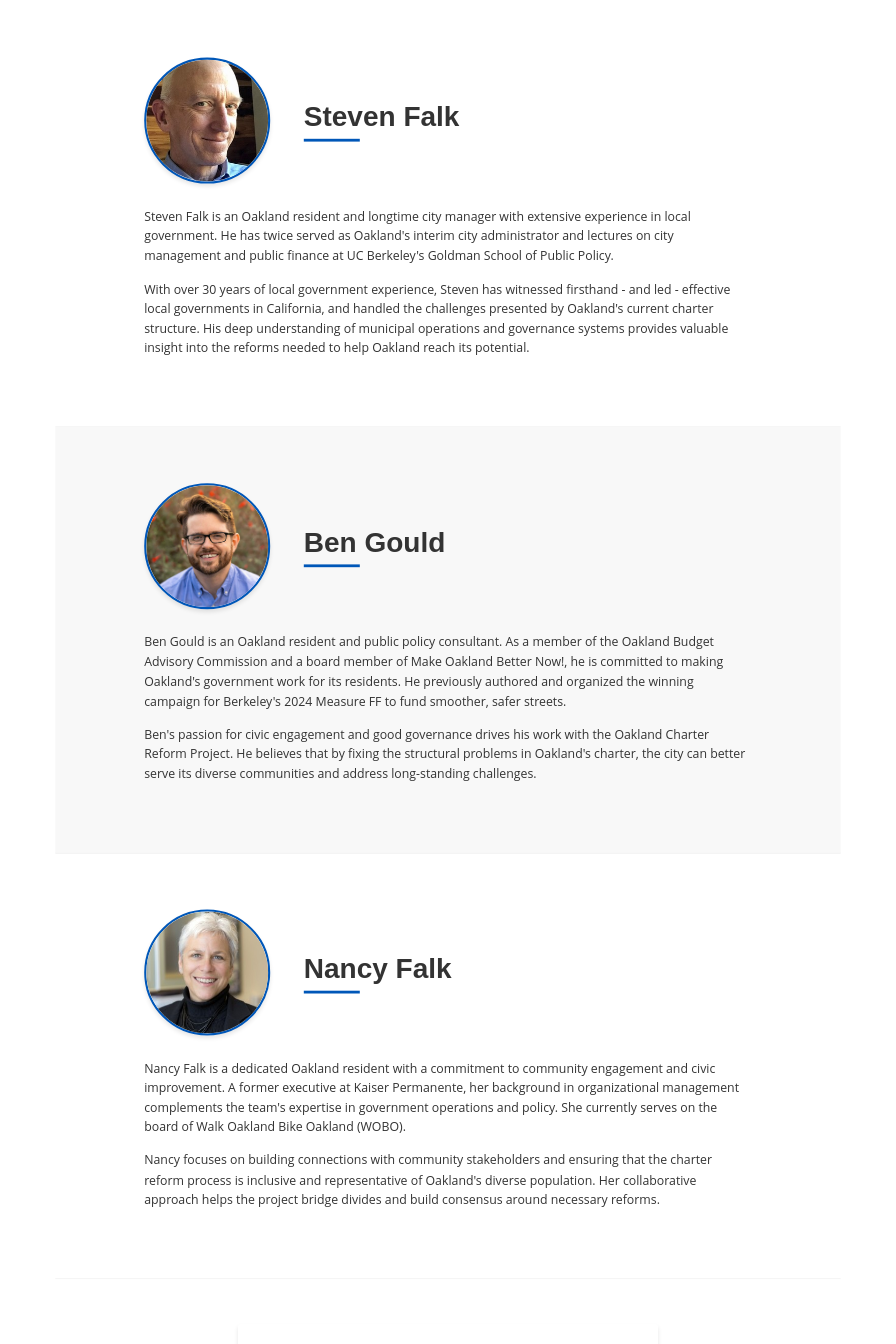
Repository: bgould132/oaklandcharterreform
Page: about.html
These files come from the project's save history. The page is drawn as it stood at one moment and after the next save; the edit follows.
The browser window is 1280 px wide. The pictures show the part of the page from y = 416 to 2336 px (the page is 3204 px tall), at 70% of full size.

Above is the page before, as saved 2025-04-07 10:38:23.

### about.html
<!DOCTYPE html>
<html lang="en">
<head>
    <meta charset="UTF-8">
    <meta name="viewport" content="width=device-width, initial-scale=1.0">
    <meta name="description" content="About the Oakland Charter Reform Project team - Steven Falk, Ben Gould, and Nancy Falk">
    <title>About Us - Oakland Charter Reform Project</title>
    <link rel="stylesheet" href="css/styles.css">
    <!-- Font Awesome for icons -->
    <link rel="stylesheet" href="https://cdnjs.cloudflare.com/ajax/libs/font-awesome/6.4.2/css/all.min.css">
</head>
<body>
    <header>
        <div class="container">
            <nav aria-label="Main navigation">
                <div class="logo">
                    <a href="index.html" aria-label="Oakland Charter Reform Project Home">
                        <img src="images/logo/OCRP logo design.jpg" alt="Oakland Charter Reform Project Logo">
                    </a>
                </div>
                <button class="mobile-menu-button" aria-label="Toggle menu" aria-expanded="false" aria-controls="main-menu">
                    <span class="hamburger-icon"></span>
                </button>
                <ul id="main-menu" class="nav-menu">
                    <li><a href="index.html#why-charter-reform">Why Charter Reform</a></li>
                    <li><a href="index.html#principles">Principles</a></li>
                    <li><a href="index.html#proposed-amendments">Proposed Amendments</a></li>
                    <li><a href="index.html#our-approach">Our Approach</a></li>
                    <li><a href="about.html" class="active">About Us</a></li>
                    <li><a href="index.html#contact">Contact</a></li>
                </ul>
            </nav>
        </div>
    </header>

    <main>
        <!-- Page Header -->
        <section class="page-header about-header" aria-labelledby="page-heading">
            <div class="container">
                <h1 id="page-heading">About Us</h1>
                <p class="subtitle">Meet the team behind the Oakland Charter Reform Project</p>
            </div>
        </section>

        <!-- Team Section -->
        <section class="section" aria-labelledby="team-heading">
            <div class="container">
                <h2 id="team-heading" class="visually-hidden">Our Team</h2>

                <div class="team-member">
                    <div class="team-member-info">
                        <div class="member-header">
                            <div class="member-photo">
                                <img src="images/team/steven_falk.jpg" alt="Photo of Steven Falk">
                            </div>
                            <div class="member-title">
                                <h2>Steven Falk</h2>
                                <div class="title-underline"></div>
                            </div>
                        </div>
                        <div class="member-bio">
                            <p>Steven Falk is an Oakland resident and longtime city manager with extensive experience in local government. He has twice served as Oakland's interim city administrator and lectures on city management and public finance at UC Berkeley's Goldman School of Public Policy.</p>

                            <p>With over 30 years of local government experience, Steven has witnessed firsthand - and led - effective local governments in California, and handled the challenges presented by Oakland's current charter structure. His deep understanding of municipal operations and governance systems provides valuable insight into the reforms needed to help Oakland reach its potential.</p>
                        </div>
                    </div>
                </div>

                <div class="team-member alt-bg">
                    <div class="team-member-info">
                        <div class="member-header">
                            <div class="member-photo">
                                <img src="images/team/Ben Gould square.jpeg" alt="Photo of Ben Gould">
                            </div>
                            <div class="member-title">
                                <h2>Ben Gould</h2>
                                <div class="title-underline"></div>
                            </div>
                        </div>
                        <div class="member-bio">
                            <p>Ben Gould is an Oakland resident and public policy consultant. As a member of the Oakland Budget Advisory Commission and a board member of Make Oakland Better Now!, he is committed to making Oakland's government work for its residents. He previously authored and organized the winning campaign for Berkeley's 2024 Measure FF to fund smoother, safer streets.</p>

                            <p>Ben's passion for civic engagement and good governance drives his work with the Oakland Charter Reform Project. He believes that by fixing the structural problems in Oakland's charter, the city can better serve its diverse communities and address long-standing challenges.</p>
                        </div>
                    </div>
                </div>

                <div class="team-member">
                    <div class="team-member-info">
                        <div class="member-header">
                            <div class="member-photo">
                                <img src="images/team/Nancy Falk.jpeg" alt="Photo of Nancy Falk">
                            </div>
                            <div class="member-title">
                                <h2>Nancy Falk</h2>
                                <div class="title-underline"></div>
                            </div>
                        </div>
                        <div class="member-bio">
                            <p>Nancy Falk is a dedicated Oakland resident with a commitment to community engagement and civic improvement. A former executive at Kaiser Permanente, her background in organizational management complements the team's expertise in government operations and policy. She currently serves on the board of Walk Oakland Bike Oakland (WOBO).</p>

                            <p>Nancy focuses on building connections with community stakeholders and ensuring that the charter reform process is inclusive and representative of Oakland's diverse population. Her collaborative approach helps the project bridge divides and build consensus around necessary reforms.</p>
                        </div>
                    </div>
                </div>

                <div class="team-cta">
                    <h3>Join Our Efforts</h3>
                    <p>We're working to build a better Oakland through structural reform. If you're interested in getting involved or learning more about our work, please reach out.</p>
                    <a href="index.html#contact" class="cta-button">Contact Us</a>
                </div>
            </div>
        </section>
    </main>

    <footer>
        <div class="container">
            <div class="footer-content">
                <div class="footer-logo">
                    <img src="images/logo/OCRP logo design.jpg" alt="Oakland Charter Reform Project Logo" width="120">
                </div>
                <div class="footer-text">
                    <p>&copy; 2025 Oakland Charter Reform Project. All rights reserved.</p>
                    <p>In the spirit of a better Oakland,</p>
                    <div class="signature">
                        <img src="images/logo/steve and ben and nancy signature.jpg" alt="Signatures of Steven Falk, Ben Gould, and Nancy Falk" class="signature-img">
                        <p>Steven Falk, Ben Gould, and Nancy Falk<br>
                        Oakland Charter Reform Project Organizers</p>
                    </div>
                </div>
            </div>
        </div>
    </footer>

    <script src="js/main.js"></script>
</body>
</html>

### css/styles.css
/* Base Styles */
:root {
    --primary-color: #0057b8; /* Blue from the logo */
    --secondary-color: #333333;
    --accent-color: #f8f8f8;
    --text-color: #333333;
    --light-text: #ffffff;
    --heading-font: 'Montserrat', sans-serif;
    --body-font: 'Open Sans', sans-serif;
    --container-width: 1200px;
    --border-radius: 4px;
    --box-shadow: 0 4px 6px rgba(0, 0, 0, 0.1);
    --transition: all 0.3s ease;
}

/* Typography */
@import url('https://fonts.googleapis.com/css2?family=Montserrat:wght@500;700&family=Open+Sans:wght@400;600&display=swap');

* {
    margin: 0;
    padding: 0;
    box-sizing: border-box;
}

body {
    font-family: var(--body-font);
    line-height: 1.6;
    color: var(--text-color);
    font-size: 16px;
}

h1, h2, h3, h4, h5, h6 {
    font-family: var(--heading-font);
    font-weight: 700;
    line-height: 1.2;
    margin-bottom: 0.5em;
}

h1 {
    font-size: 3rem;
}

h2 {
    font-size: 2.5rem;
    margin-bottom: 1rem;
}

h3 {
    font-size: 1.5rem;
}

p {
    margin-bottom: 1.2rem;
}

a {
    color: var(--primary-color);
    text-decoration: none;
    transition: var(--transition);
}

a:hover {
    color: #004085;
}

ul {
    list-style-type: none;
}

/* Container */
.container {
    width: 90%;
    max-width: var(--container-width);
    margin: 0 auto;
    padding: 0 15px;
}

/* Header & Navigation */
header {
    background-color: #fff;
    box-shadow: 0 2px 4px rgba(0, 0, 0, 0.1);
    position: fixed;
    width: 100%;
    top: 0;
    left: 0;
    z-index: 1000;
}

header .container {
    display: flex;
    justify-content: space-between;
    align-items: center;
}

nav {
    display: flex;
    justify-content: space-between;
    align-items: center;
    width: 100%;
    padding: 1rem 0;
}

.logo img {
    height: 60px;
    width: auto;
}

.nav-menu {
    display: flex;
    gap: 1.5rem;
}

.nav-menu a {
    color: var(--secondary-color);
    font-weight: 600;
    font-size: 1rem;
    padding: 0.5rem;
}

.nav-menu a:hover {
    color: var(--primary-color);
    border-bottom: 2px solid var(--primary-color);
}

.mobile-menu-button {
    display: none;
    background: none;
    border: none;
    cursor: pointer;
    padding: 0.5rem;
}

.hamburger-icon,
.hamburger-icon::before,
.hamburger-icon::after {
    display: block;
    background-color: var(--secondary-color);
    height: 3px;
    width: 25px;
    border-radius: 3px;
    position: relative;
}

.hamburger-icon::before,
.hamburger-icon::after {
    content: '';
    position: absolute;
}

.hamburger-icon::before {
    top: -8px;
}

.hamburger-icon::after {
    top: 8px;
}

/* Hero Section */
.hero {
    height: 100vh;
    position: relative;
    margin-top: 80px; /* To account for fixed header */
}

.hero-image {
    height: 100%;
    width: 100%;
    position: relative;
}

.hero-image img {
    width: 100%;
    height: 100%;
    object-fit: cover;
    filter: brightness(70%);
}

.hero-content {
    position: absolute;
    top: 50%;
    left: 50%;
    transform: translate(-50%, -50%);
    text-align: center;
    color: var(--light-text);
    width: 80%;
    max-width: 800px;
}

.hero-content h1 {
    font-size: 3.5rem;
    margin-bottom: 0.5rem;
    text-shadow: 2px 2px 4px rgba(0, 0, 0, 0.5);
}

.tagline {
    font-size: 1.5rem;
    margin-bottom: 2rem;
    text-shadow: 1px 1px 2px rgba(0, 0, 0, 0.5);
}

.cta-button {
    display: inline-block;
    background-color: var(--primary-color);
    color: var(--light-text);
    padding: 0.8rem 1.5rem;
    border-radius: var(--border-radius);
    font-weight: 600;
    text-transform: uppercase;
    letter-spacing: 1px;
    transition: var(--transition);
}

.cta-button:hover {
    background-color: #004085;
    color: var(--light-text);
    transform: translateY(-2px);
    box-shadow: var(--box-shadow);
}

/* Section Styling */
.section {
    padding: 5rem 0;
}

.alt-bg {
    background-color: var(--accent-color);
}

.section h2 {
    text-align: center;
    margin-bottom: 2.5rem;
    position: relative;
}

.section h2::after {
    content: '';
    display: block;
    width: 80px;
    height: 4px;
    background-color: var(--primary-color);
    margin: 1rem auto 0;
}

.section-content {
    display: flex;
    flex-wrap: wrap;
    gap: 2rem;
    justify-content: space-between;
    align-items: flex-start;
}

.text-content {
    flex: 1 1 60%;
}

.stat-boxes {
    flex: 1 1 30%;
    display: flex;
    flex-direction: column;
    gap: 1.5rem;
}

.stat-box {
    background-color: var(--primary-color);
    color: var(--light-text);
    padding: 2rem;
    border-radius: var(--border-radius);
    text-align: center;
    box-shadow: var(--box-shadow);
}

.stat-number {
    font-size: 3rem;
    font-weight: 700;
    display: block;
    margin-bottom: 0.5rem;
}

.highlight-quote {
    font-size: 1.5rem;
    font-style: italic;
    color: var(--primary-color);
    border-left: 4px solid var(--primary-color);
    padding-left: 1rem;
    margin-bottom: 1.5rem;
}

/* Principles Section */
.principles-grid {
    display: grid;
    grid-template-columns: repeat(auto-fit, minmax(250px, 1fr));
    gap: 2rem;
    margin-top: 2rem;
}

.principle-card {
    background-color: white;
    padding: 2rem;
    border-radius: var(--border-radius);
    box-shadow: var(--box-shadow);
    text-align: center;
    transition: var(--transition);
}

.principle-card:hover {
    transform: translateY(-5px);
    box-shadow: 0 6px 12px rgba(0, 0, 0, 0.15);
}

.principle-icon {
    font-size: 2.5rem;
    color: var(--primary-color);
    margin-bottom: 1rem;
}

/* Our Approach Section */
.approach-content {
    display: flex;
    flex-wrap: wrap;
    gap: 3rem;
    justify-content: space-between;
}

.approach-text {
    flex: 1 1 45%;
}

.approach-list {
    list-style-type: disc;
    padding-left: 1.5rem;
    margin: 1rem 0 1.5rem;
}

.approach-list li {
    margin-bottom: 0.8rem;
}

.timeline {
    flex: 1 1 45%;
    position: relative;
    margin-left: 20px;
}

.timeline::before {
    content: '';
    position: absolute;
    left: 0;
    top: 0;
    bottom: 0;
    width: 4px;
    background-color: var(--primary-color);
    transform: translateX(-50%);
}

.timeline-item {
    position: relative;
    padding: 0 0 2rem 2rem;
}

.timeline-marker {
    position: absolute;
    left: 0;
    top: 0;
    width: 20px;
    height: 20px;
    border-radius: 50%;
    background-color: white;
    border: 4px solid var(--primary-color);
    transform: translateX(-50%);
    z-index: 1;
}

.timeline-content {
    background-color: white;
    padding: 1.5rem;
    border-radius: var(--border-radius);
    box-shadow: var(--box-shadow);
}

/* Contact Section */
.contact-content {
    max-width: 700px;
    margin: 0 auto;
    text-align: center;
}

.contact-info {
    margin-top: 2rem;
}

.signup-form {
    margin-top: 2rem;
}

/* Footer */
footer {
    background-color: var(--secondary-color);
    color: var(--light-text);
    padding: 3rem 0;
}

.footer-content {
    display: flex;
    flex-direction: column;
    align-items: center;
    gap: 2rem;
    text-align: center;
}

.footer-logo img {
    filter: brightness(0) invert(1);
}

.footer-text {
    flex: 1;
    text-align: center;
}

.signature {
    margin-top: 1rem;
    display: flex;
    flex-direction: column;
    align-items: center;
}

.signature-img {
    max-width: 250px;
    margin-bottom: 0.5rem;
    display: block;
}

.footer-social {
    display: flex;
    gap: 1rem;
}

.footer-social a {
    color: var(--light-text);
    font-size: 1.5rem;
    transition: var(--transition);
}

.footer-social a:hover {
    color: var(--primary-color);
}

/* Media Queries for Responsive Design */
@media (max-width: 992px) {
    h1 {
        font-size: 2.5rem;
    }

    h2 {
        font-size: 2rem;
    }

    .hero-content h1 {
        font-size: 2.8rem;
    }

    .tagline {
        font-size: 1.3rem;
    }
}

@media (max-width: 768px) {
    .section-content,
    .approach-content {
        flex-direction: column;
    }

    .stat-boxes {
        width: 100%;
    }

    .hero-content h1 {
        font-size: 2.2rem;
    }

    .tagline {
        font-size: 1.1rem;
    }

    .mobile-menu-button {
        display: block;
    }

    .nav-menu {
        display: none;
        flex-direction: column;
        position: absolute;
        top: 100%;
        left: 0;
        width: 100%;
        background-color: white;
        box-shadow: 0 4px 6px rgba(0, 0, 0, 0.1);
        padding: 1rem 0;
    }

    .nav-menu.show {
        display: flex;
    }

    .nav-menu li {
        width: 100%;
        text-align: center;
    }

    .nav-menu a {
        display: block;
        padding: 0.8rem 0;
    }
}

@media (max-width: 576px) {
    .hero-content h1 {
        font-size: 1.8rem;
    }

    .tagline {
        font-size: 1rem;
    }

    .cta-button {
        padding: 0.6rem 1.2rem;
        font-size: 0.9rem;
    }

    .footer-content {
        flex-direction: column;
        text-align: center;
        gap: 1.5rem;
    }
}

/* Accessibility Enhancements */
:focus {
    outline: 3px solid var(--primary-color);
    outline-offset: 3px;
}

.skip-link {
    position: absolute;
    top: -100px;
    left: 0;
    background: var(--primary-color);
    color: white;
    padding: 10px;
    z-index: 1001;
}

.skip-link:focus {
    top: 0;
}

/* Print Styles */
@media print {
    body {
        font-size: 12pt;
    }

    header, footer, .cta-button, .hero-image {
        display: none;
    }

    .container {
        width: 100%;
        max-width: 100%;
    }

    .section {
        page-break-inside: avoid;
        padding: 1rem 0;
    }
}

/* Amendment Section */
.amendment-card {
    background-color: white;
    padding: 1.5rem;
    border-radius: var(--border-radius);
    box-shadow: var(--box-shadow);
    margin-bottom: 1.5rem;
}

.amendment-list {
    list-style-type: disc;
    padding-left: 1.5rem;
    margin: 1rem 0;
}

.amendment-list li {
    margin-bottom: 0.8rem;
}

.buttons-container {
    display: flex;
    gap: 1rem;
    justify-content: center;
    margin-top: 2rem;
    flex-wrap: wrap;
}

.outline-button {
    display: inline-block;
    background-color: transparent;
    color: var(--primary-color);
    border: 2px solid var(--primary-color);
    padding: 0.8rem 1.5rem;
    border-radius: var(--border-radius);
    font-weight: 600;
    text-transform: uppercase;
    letter-spacing: 1px;
    transition: var(--transition);
}

.outline-button:hover {
    background-color: var(--primary-color);
    color: var(--light-text);
    transform: translateY(-2px);
    box-shadow: var(--box-shadow);
}

/* About Us Page */
.page-header {
    background-color: var(--primary-color);
    color: var(--light-text);
    padding: 8rem 0 4rem;
    text-align: center;
    margin-bottom: 3rem;
}

.page-header h1 {
    font-size: 3rem;
    margin-bottom: 0.5rem;
}

.subtitle {
    font-size: 1.2rem;
    max-width: 600px;
    margin: 0 auto;
}

.visually-hidden {
    position: absolute;
    width: 1px;
    height: 1px;
    padding: 0;
    margin: -1px;
    overflow: hidden;
    clip: rect(0, 0, 0, 0);
    white-space: nowrap;
    border: 0;
}

.team-member {
    padding: 5rem 0;
    border-bottom: 1px solid #eee;
}

.team-member.alt-bg {
    background-color: var(--accent-color);
}

.team-member:last-of-type {
    border-bottom: none;
}

.team-member-info {
    max-width: 800px;
    margin: 0 auto;
}

.member-role {
    color: var(--primary-color);
    font-weight: 600;
    margin-bottom: 1rem;
}

.member-bio {
    margin-top: 1rem;
}

.team-cta {
    text-align: center;
    max-width: 600px;
    margin: 4rem auto 0;
    padding: 2rem;
    background-color: white;
    border-radius: var(--border-radius);
    box-shadow: var(--box-shadow);
}

.team-cta h3 {
    color: var(--primary-color);
    margin-bottom: 1rem;
}

.team-cta p {
    margin-bottom: 1.5rem;
}

@media (max-width: 768px) {
    .page-header {
        padding: 7rem 0 3rem;
    }

    .page-header h1 {
        font-size: 2.5rem;
    }

    .team-member {
        padding: 2rem 0;
    }
}

/* Active Navigation */
.nav-menu a.active {
    color: var(--primary-color);
    border-bottom: 2px solid var(--primary-color);
}

/* Team Member Styling */
.member-header {
    display: flex;
    align-items: center;
    margin-bottom: 2rem;
}

.member-photo {
    width: 180px;
    height: 180px;
    border-radius: 50%;
    overflow: hidden;
    margin-right: 3rem;
    box-shadow: var(--box-shadow);
    flex-shrink: 0;
    border: 3px solid var(--primary-color);
}

.member-photo img {
    width: 100%;
    height: 100%;
    object-fit: cover;
    object-position: center;
}

.member-title {
    flex: 1;
}

.member-title h2 {
    font-size: 2.5rem;
    margin-bottom: 0.5rem;
    text-align: left;
}

.member-title h2::after {
    display: none;
}

.title-underline {
    height: 4px;
    width: 80px;
    background-color: var(--primary-color);
    margin-top: 0.5rem;
}

.team-member-info {
    max-width: 900px;
    margin: 0 auto;
    padding: 0 1rem;
}

.member-bio {
    margin-top: 1rem;
    font-size: 1.1rem;
}

.team-member {
    padding: 5rem 0;
    border-bottom: 1px solid #eee;
}

@media (max-width: 768px) {
    .member-header {
        flex-direction: column;
        text-align: center;
    }

    .member-photo {
        margin-right: 0;
        margin-bottom: 1.5rem;
    }

    .member-title h2 {
        text-align: center;
    }

    .title-underline {
        margin: 0.5rem auto 0;
    }
}

.member-photo img[src*="Ben Gould"] {
    object-position: top center;
}

.about-header {
    margin-bottom: 0;
}

.about-header h1 {
    font-size: 3.5rem;
}

Loaded but not shown: js/main.js (101 lines, source omitted)

After the next save:
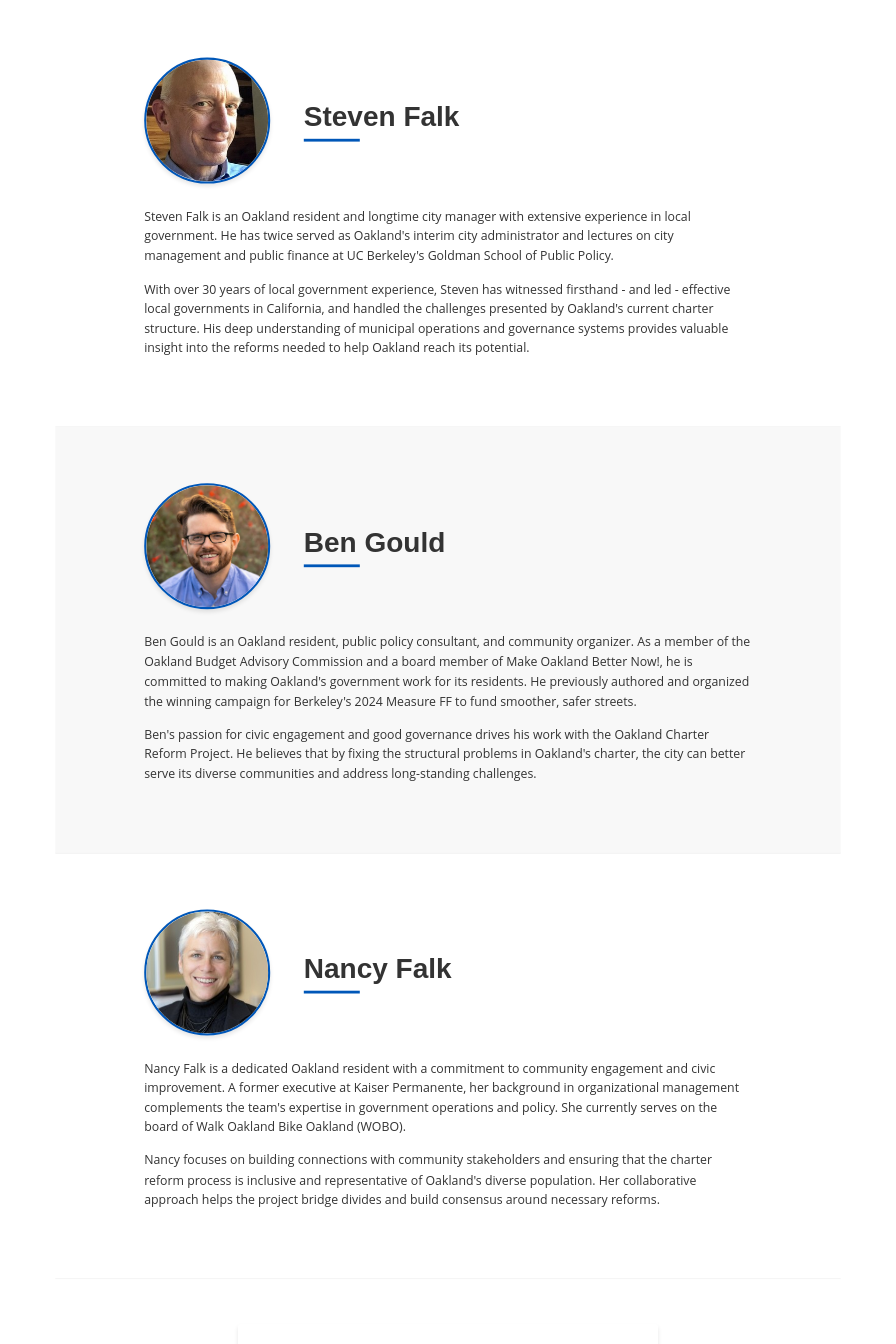
Saved 105 s later.
--- a/about.html
+++ b/about.html
@@ -78,7 +78,7 @@
                             </div>
                         </div>
                         <div class="member-bio">
-                            <p>Ben Gould is an Oakland resident and public policy consultant. As a member of the Oakland Budget Advisory Commission and a board member of Make Oakland Better Now!, he is committed to making Oakland's government work for its residents. He previously authored and organized the winning campaign for Berkeley's 2024 Measure FF to fund smoother, safer streets.</p>
+                            <p>Ben Gould is an Oakland resident, public policy consultant, and community organizer. As a member of the Oakland Budget Advisory Commission and a board member of Make Oakland Better Now!, he is committed to making Oakland's government work for its residents. He previously authored and organized the winning campaign for Berkeley's 2024 Measure FF to fund smoother, safer streets.</p>
 
                             <p>Ben's passion for civic engagement and good governance drives his work with the Oakland Charter Reform Project. He believes that by fixing the structural problems in Oakland's charter, the city can better serve its diverse communities and address long-standing challenges.</p>
                         </div>
